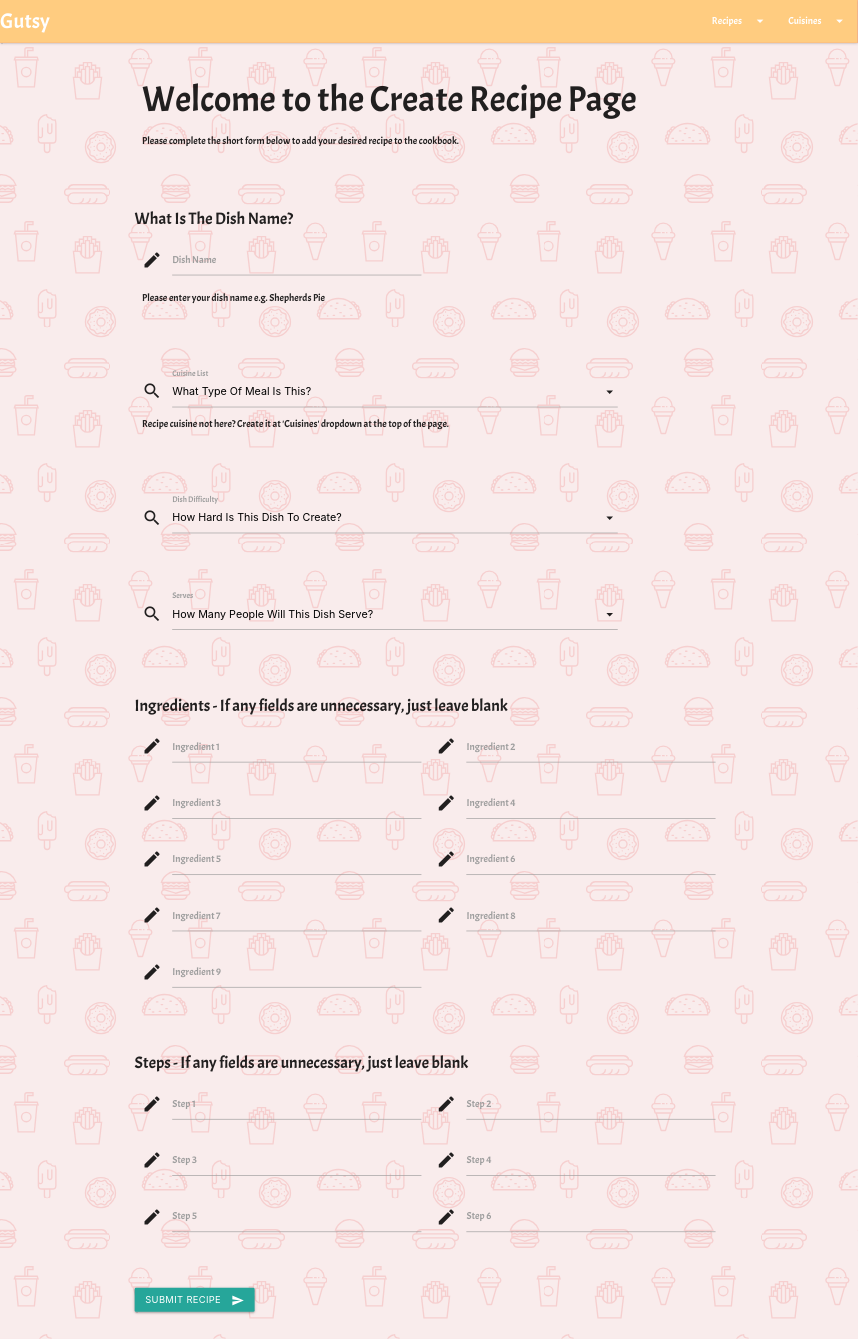
Repository: connor-blackburn/gutsy
Page: http://localhost/create_recipe
The author's editor kept a record of every edit. The page is drawn from the files as they stood at one moment, then again after the next edit.
The browser window is 1280 px wide. The pictures show the whole page, at 67% of full size.
The page is served by the project's application, run on Flask 3 (app.py). Queries for data that is not in the repository find no rows.

Above is the page before.

After the next edit:
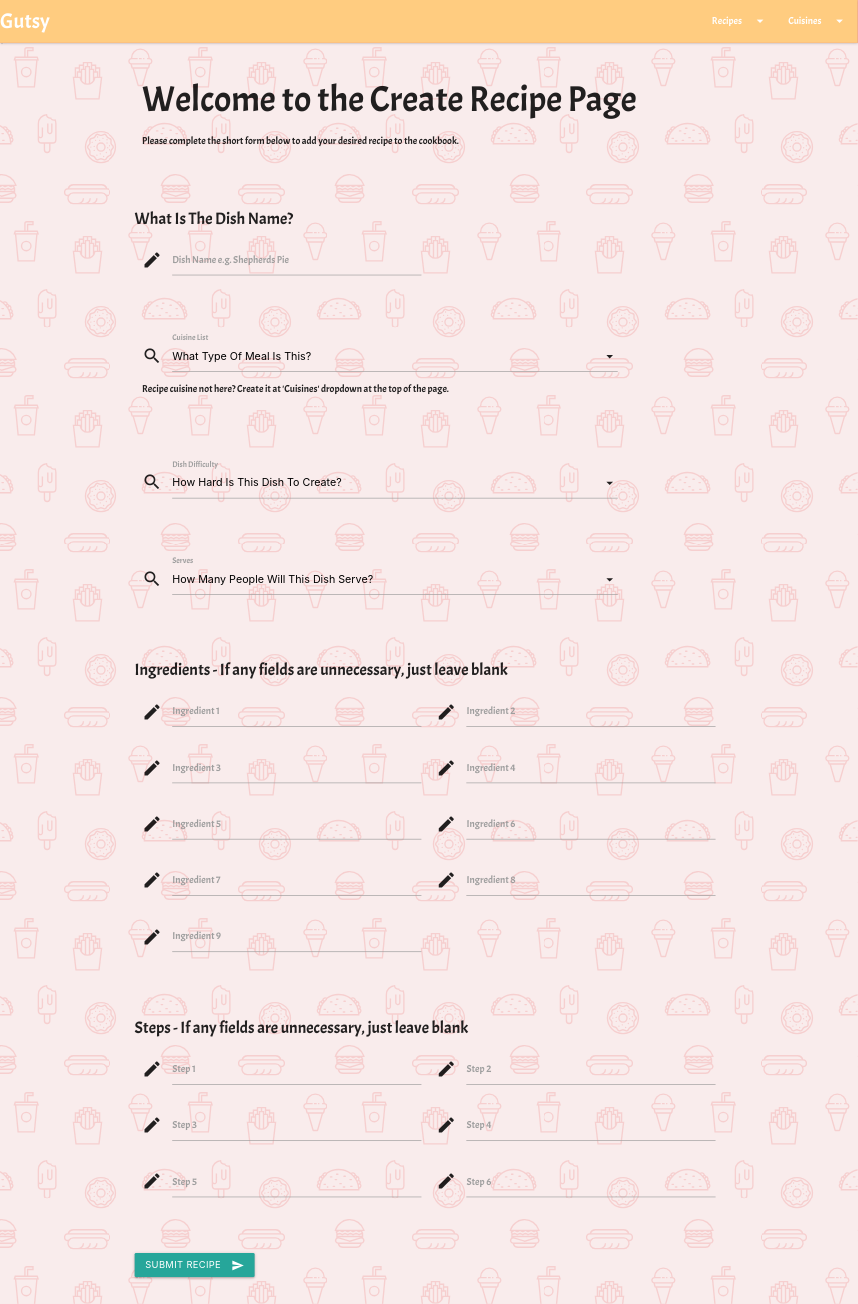
The edit:
--- a/templates/create_recipe.html
+++ b/templates/create_recipe.html
@@ -13,8 +13,7 @@
         <div class="input-field col s6">
             <i class="material-icons prefix">create</i>
             <input id="icon_prefix" type="text" id="recipes" name="dish_name" class="validate">
-            <label for="icon_prefix" id="recipes" name="dish_name">Dish Name</label>
-            <p>Please enter your dish name e.g. Shepherds Pie</p>
+            <label for="icon_prefix" id="recipes" name="dish_name">Dish Name e.g. Shepherds Pie</label>
         </div>
     </div>
     <!-- A Dropdown Menu For User To Select Recipe Cuisine -->
